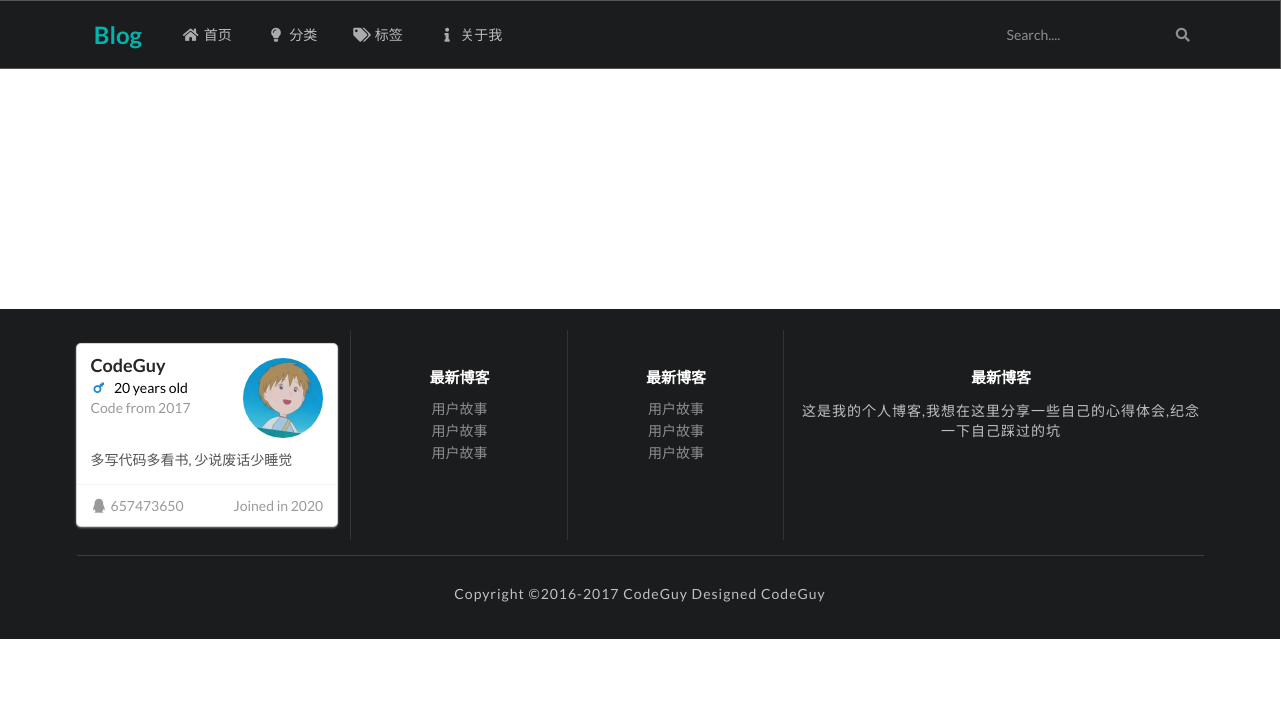
Repository: GOGOHQ/myblog
Page: index.html
These files come from the project's save history. The page is drawn as it stood at one moment and after the next save; the edit follows.
The browser window is 1280 px wide. The page is 1281 px wide, so the pictures cover 1281 px, including what lies to the right of the window. The pictures show the whole page.
Some web libraries are served in a nearby version.

Above is the page before, as saved 2020-01-16 16:09:12.

### index.html
<!DOCTYPE html>
<html lang="en">

<head>
    <meta charset="UTF-8">
    <meta name="viewport" content="width=device-width, inital-scale=1.0">
    <title>首页</title>
    <link rel="stylesheet" href="static/css/me.css">
    <link rel="stylesheet" href="https://cdn.jsdelivr.net/semantic-ui/2.2.4/semantic.min.css">
    <script src="https://cdn.jsdelivr.net/npm/jquery@3.2/dist/jqurey.min.js"></script>
    <script src="https://cdn.jsdelivr.net/semantic-ui/2.2.4/semantic.min.js"></script>
</head>

<body>
<!-- 导航 -->
<nav class="ui inverted  attached  segment m-padded-tb-mini">
    <div class="ui container">
        <div class="ui secondary inverted menu">
            <h2 class="ui teal header item">Blog</h2>
            <a href="#" class="item"><i class="home icon"></i>首页</a>
            <a href="#" class="item"><i class="idea icon"></i>分类</a>
            <a href="#" class="item"><i class="tags icon"></i>标签</a>
            <a href="#" class="item"><i class="info icon"></i>关于我</a>
            <div class="right item">
                <div class="ui icon  inverted transparent input">
                    <input type="text" placeholder="Search....">
                    <i class="search link icon"></i>
                </div>
            </div>
        </div>
    </div>
</nav>
<!-- 内容 -->
<div>
    <br> <br> <br> <br> <br> <br> <br> <br> <br> <br> <br> <br>
</div>
<!-- 底部 -->
<footer class="ui inverted vertical segment m-padded-tb-massive">
    <div class="ui center aligned container">
        <div class="ui inverted divided grid">
            <div class="four wide column left aligned ">
                <div class="ui card">
                    <div class="content">
                        <img class="right circular floated tiny ui image" src="static/images/avatar.jpg">
                        <div class="header">
                            CodeGuy
                        </div>
                        <div class="meta">
                            <i class="icon blue mars stroke"></i>
                            <text style="color:black;">20 years old</text>
                        </div>
                        <div class="meta">
                            Code from 2017
                        </div>
                        <div class="description">
                            多写代码多看书, 少说废话少睡觉
                        </div>
                    </div>
                    <div class="extra content">
                        <a>
                            <i class="qq icon"></i>657473650
                        </a>
                        <span class="right floated">
                                    Joined in 2020
                                  </span>
                    </div>
                </div>
            </div>
            <div class="center aligned three wide column m-padded-t-middle">
                <h4 class="ui inverted header">最新博客</h4>
                <div class="ui inverted link list">
                    <a href="#" class="item">用户故事</a>
                    <a href="#" class="item">用户故事</a>
                    <a href="#" class="item">用户故事</a>
                </div>
            </div>
            <div class="center aligned three wide column m-padded-t-middle">
                <h4 class="ui inverted header">最新博客</h4>
                <div class="ui inverted link list">
                    <a href="#" class="item">用户故事</a>
                    <a href="#" class="item">用户故事</a>
                    <a href="#" class="item">用户故事</a>
                </div>
            </div>
            <div class="six wide column m-padded-t-middle">
                <h4 class="ui inverted header">最新博客</h4>
                <p class="m-text-thin m-text-spaced m-text-mini-opacity">这是我的个人博客,我想在这里分享一些自己的心得体会,纪念一下自己踩过的坑</p>
            </div>
        </div>
        <div class="ui inverted section divider"></div>
        <p class="m-text-thin m-text-spaced m-text-mini-opacity">Copyright ©2016-2017 CodeGuy Designed CodeGuy</p>
    </div>
</footer>
</body>


</html>

### static/css/me.css
.m-padded-tb-mini {
    padding-top: 0.2em !important;
    padding-bottom: 0.2em !important;
}

.m-padded-t-middle {
    padding-top: 40px !important
}

.m-padded-tb-massive {
    padding-top: 2.5em !important;
    padding-bottom: 2.5em !important;
}


/* text */

.m-text-thin {
    font-weight: 300 !important
}

.m-text-spaced {
    letter-spacing: 1px !important
}

.m-text-lined {
    line-height: 1.8 !important
}

.m-text-mini-opacity {
    opacity: 0.8 !important
}

After the next save:
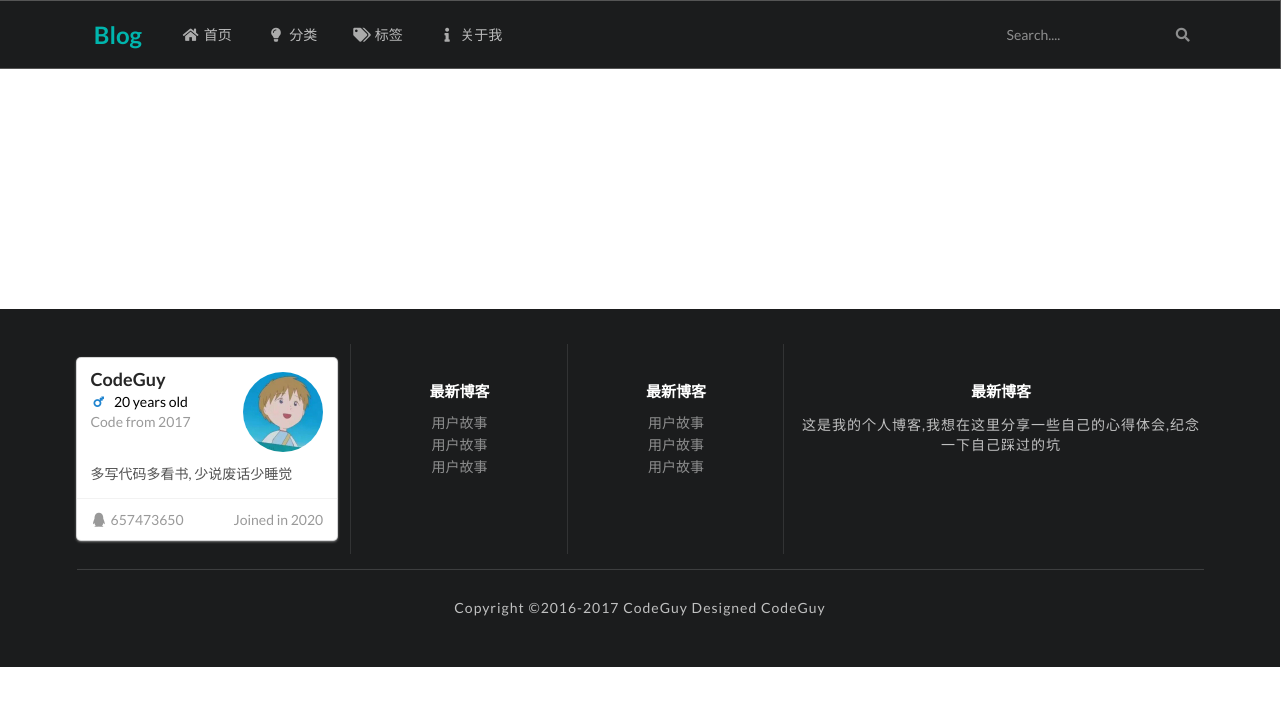
Saved 13 s later.
--- a/static/css/me.css
+++ b/static/css/me.css
@@ -8,8 +8,8 @@
 }
 
 .m-padded-tb-massive {
-    padding-top: 2.5em !important;
-    padding-bottom: 2.5em !important;
+    padding-top: 3.5em !important;
+    padding-bottom: 3.5em !important;
 }
 
 
